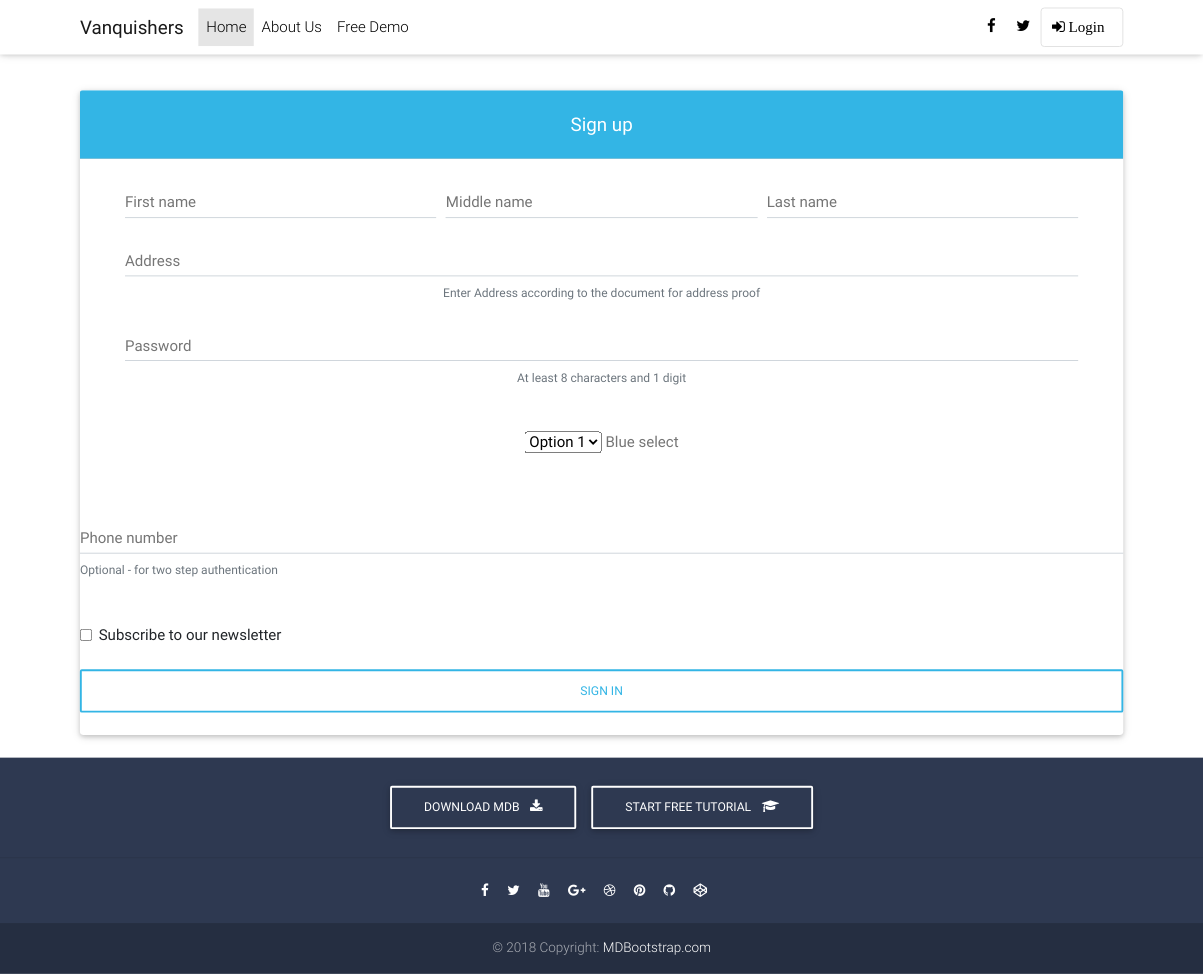
Repository: KJSCEhack/KJSCE_Vanquishers
Page: http://localhost/demo.php
The author's editor kept a copy of each file at every save. The page is drawn from the files as they stood at one save, then again after the next save.
The browser window is 1280 px wide. The pictures show the whole page, at 94% of full size.
The page is run by PHP 8.4 with error messages shown; the project is at /var/www/html/.

Above is the page before, as saved 2018-10-06 09:15:16.

After the next save:
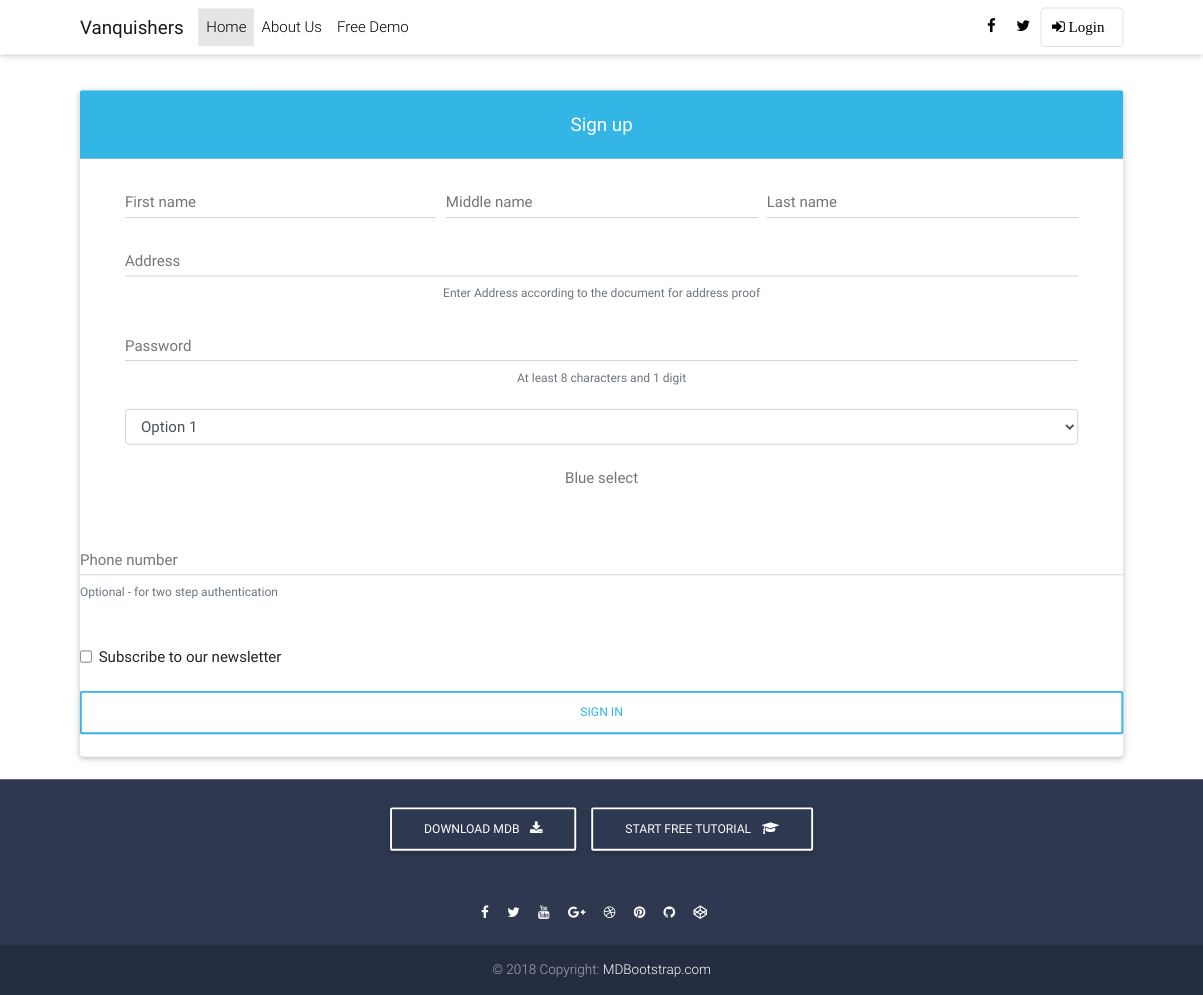
Saved 28 s later.
--- a/demo.php
+++ b/demo.php
@@ -158,7 +158,7 @@ mysqli_close($conn);
                     </div>
 
                     <divclass="md-form">
-                        <select class="mdb-select md-form colorful-select dropdown-primary">
+                        <select class="form-control mdb-select md-form colorful-select dropdown-primary">
                             <option value="1">Option 1</option>
                             <option value="2">Option 2</option>
                             <option value="3">Option 3</option>
